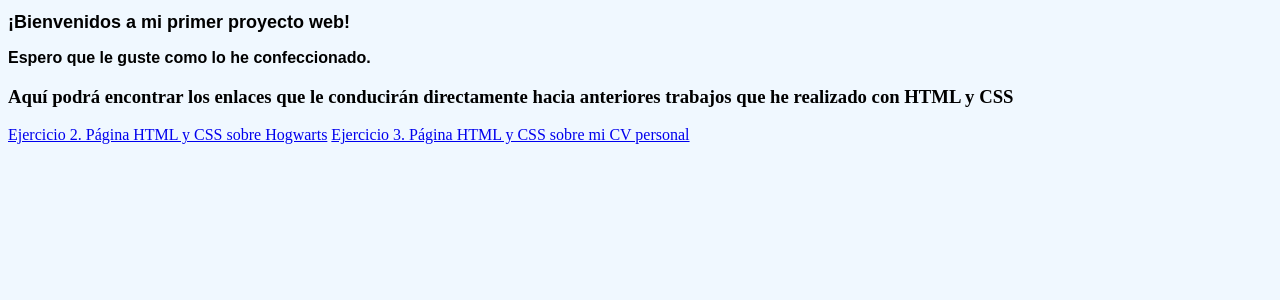
Repository: Pablosky971/Ejercicio-4.-Proyecto-Web
Page: http://localhost/Ejercicio4/
These files come from the project's save history. The page is drawn as it stood at one moment and after a run of saves; the edit follows.
The browser window is 1280 px wide. The pictures show the whole page.
The page is served by Tomcat 9.

Above is the page before, as saved 2022-03-09 12:26:38.

After the next 2 saves:
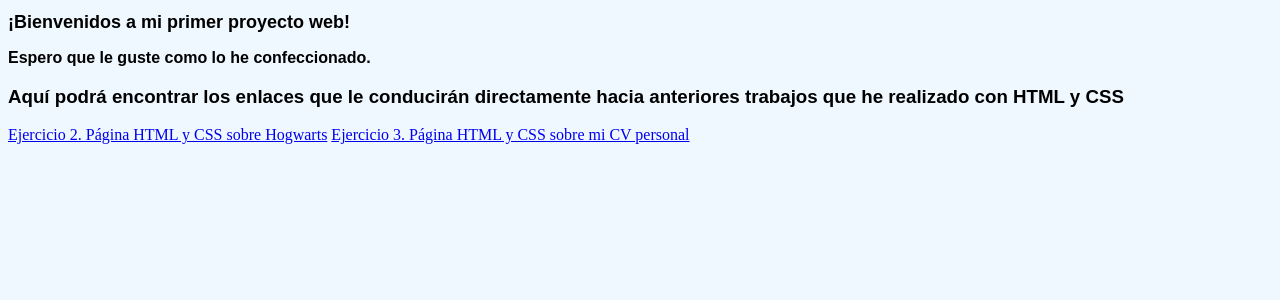
The 2 saves are shown as one change because they came seconds apart.
The last was saved 6 s later.
--- a/Ejercicio4/src/main/webapp/css/index.css
+++ b/Ejercicio4/src/main/webapp/css/index.css
@@ -14,7 +14,8 @@ h3.subtitulo {
 }
 
 h3.navegacion {
-	font-family:
+	font-family: sans-serif;
+
 }
 
 a {
